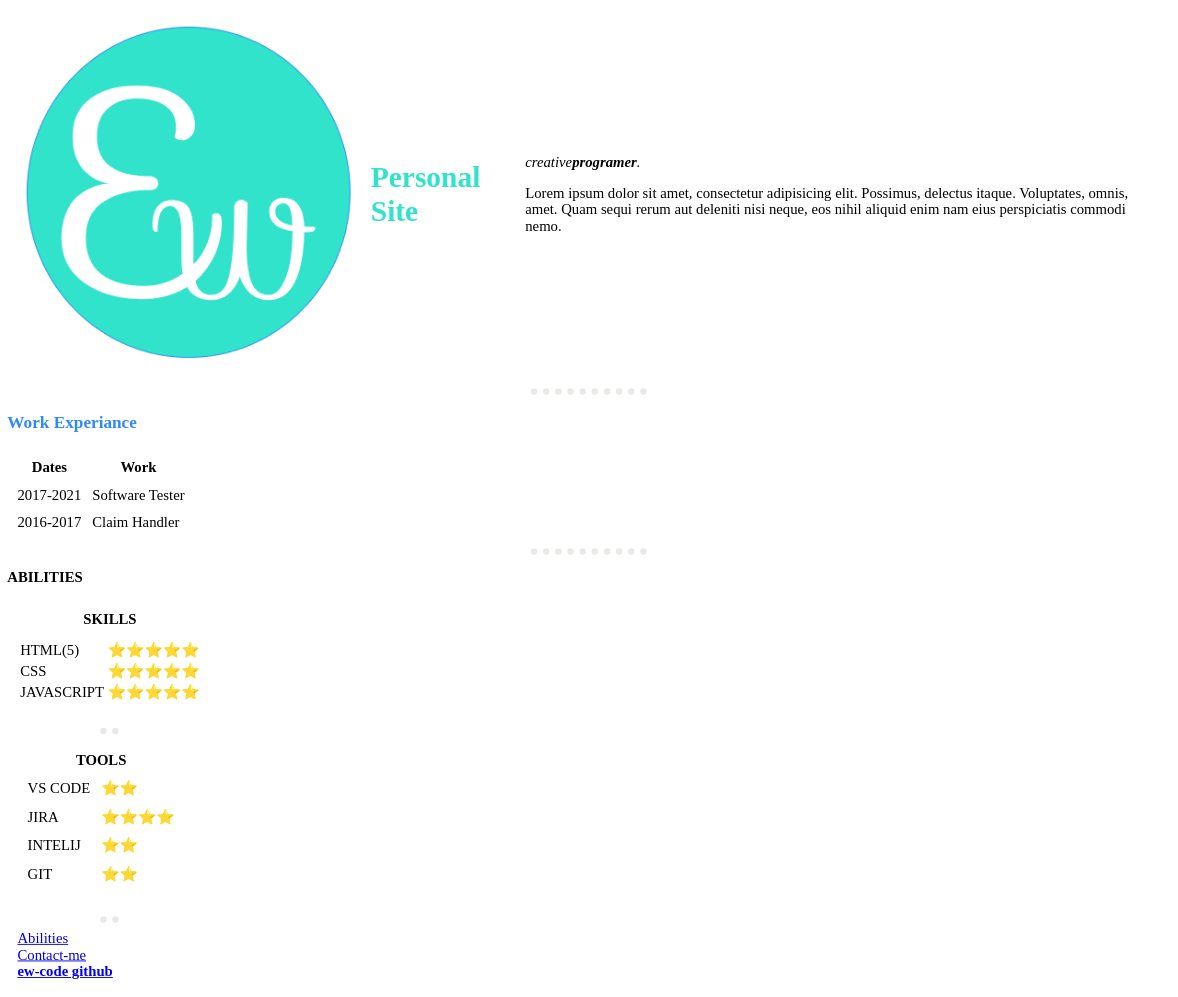
Repository: ew-code/Web-Development
Page: HTML - Personal Site/index.html
These files come from the project's save history. The page is drawn as it stood at one moment and after a run of saves; the edit follows.
The browser window is 1280 px wide. The pictures show the whole page, at 92% of full size.

Above is the page before, as saved 2021-01-06 22:32:44.

After the next 2 saves:
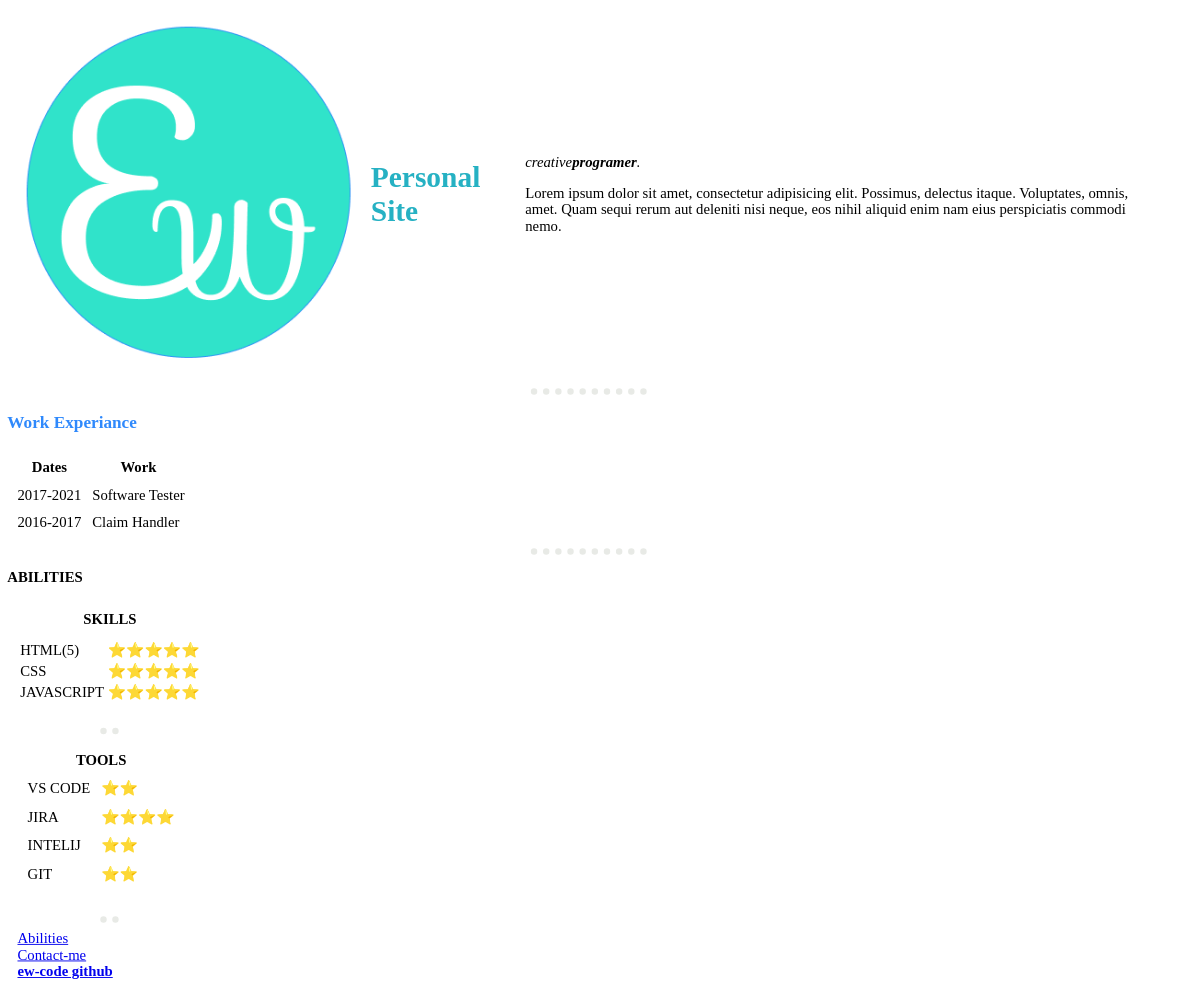
The 2 saves are shown as one change because they came seconds apart.
The last was saved 2 min 18 s later.
--- a/HTML - Personal Site/css/styles.css
+++ b/HTML - Personal Site/css/styles.css
@@ -3,7 +3,7 @@
   }
 
 h1 {
-    color: #30e3ca;
+    color: #26B1C3;
 }
 
 h3 {
